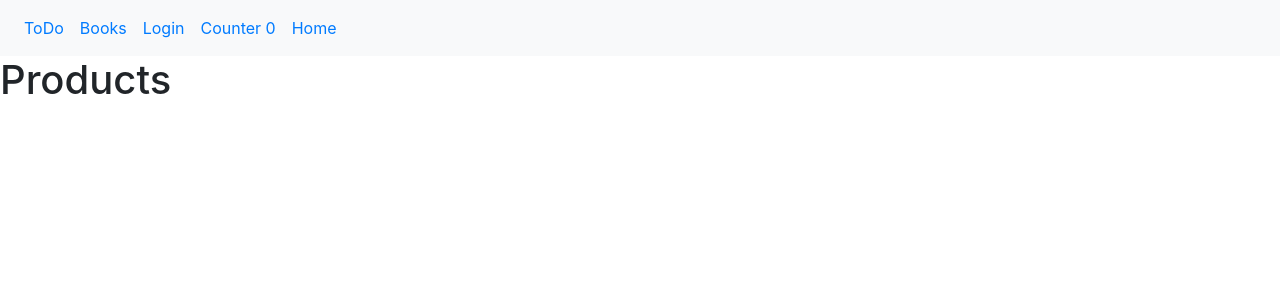
Repository: omniabadry/react-test
Page: /Home
These files come from the project's save history. The page is drawn as it stood at one moment and after the next save; the edit follows.
The browser window is 1280 px wide. The pictures show the whole page.
The page's requests for data from a server got no answer. The project was rebuilt for these pictures with package versions that can differ from the ones it lists, and the page was loaded fresh each time. No one was signed in, and anything a server would have sent is missing.

Above is the page before, as saved 2021-02-10 17:04:00.

After the next save:
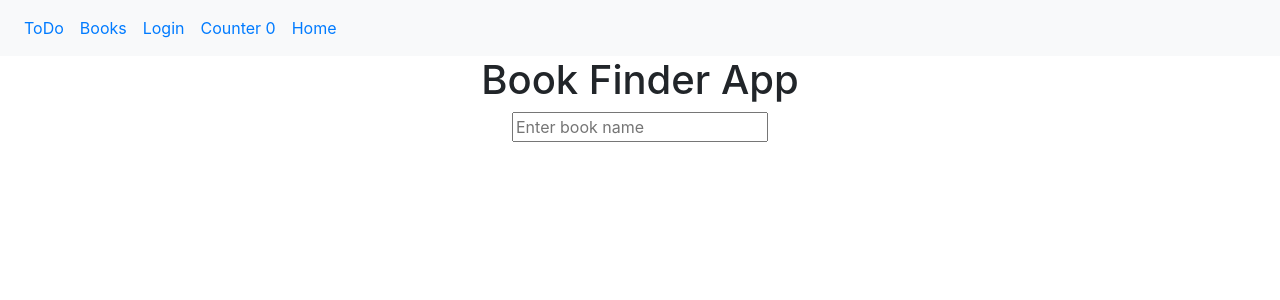
Saved 3 min 12 s later.
--- a/src/components/home.js
+++ b/src/components/home.js
@@ -17,6 +17,15 @@ export default function Home() {
             dispatch(getProduct())
             console.log("dispatch" + products);
         }, []);
+
+    // useEffect(() => {
+    //     getProduct()
+    // }, [searchValue])
+
+    // const handleInput = (event) => {
+    //     setSearchValue(event.target.value)
+    // }
+
     const getCards = () => {
         if (products) {
             let cards = []
@@ -39,7 +48,12 @@ export default function Home() {
     // console.log(producttt);
         return (
             <>
-                <h1> Products </h1>
-            </>
+                <div className="container" style={{ textAlign: "center" }}>
+                    <h1>Book Finder App</h1>
+                    <input type="text" name="search" id="search" placeholder="Enter book name" />
+                    <div className="books col-12">
+                        {getCards()}
+                    </div>
+                </div>            </>
         )
     }
